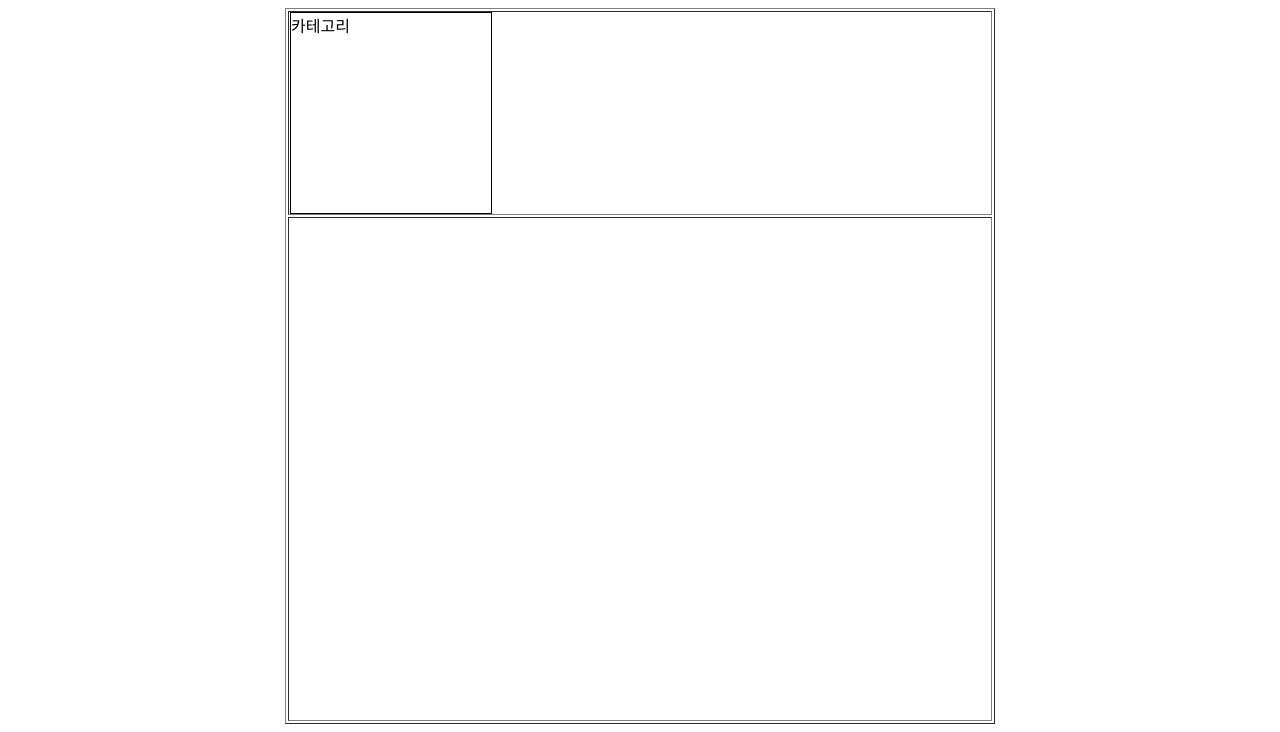
Repository: HmDol/Spring_study
Page: http://localhost/project1/Exweb.jsp
An editor plug-in stored every save of this project. The page is shown before and after the next save, followed by the edit.
The browser window is 1280 px wide. The pictures show the whole page.
The page is served by Tomcat 10. Other server files are loaded and not shown.

Above is the page before, as saved 2023-09-06 06:02:43.

### project1/src/main/webapp/Exweb.jsp
<%@ page language="java" contentType="text/html; charset=EUC-KR"
    pageEncoding="EUC-KR"%>
<!DOCTYPE html>
<html>
<head>
<meta charset="EUC-KR">
<title>Insert title here</title>
</head>
<script>
let cate1 = ["의류", "가전", "컴퓨터"];
let cate2 = [["여성복", "남성복", "아동복"], ["TV","세탁기","냉장고"], ["데스크탑", "노트북", "주변기기"]];
let cate3 = [[["원피스","투피스"], ["셔츠","바지","남방"],["내복", "우주복"]],
	[["LG TV","삼성TV","중소TV"],["LG세탁기","삼성세탁기","중소 세탁기"],["LG냉장고","삼성냉장고","중소냉장고"]],
	[["LG데스크탑","삼성데스크탑","중소 데스크탑"],["LG노트북","삼성노트북","중소노트북"],["프린터","스피커","마이크"]]];

const a = () => {
	let txt = "<div id='cate1' style='position:absolute; top:140px;left:10px;'><table border='1'>"
	for(let s of cate1){
		txt += "<tr><td style='width:100px; height:40px'>" + s + "</td></tr>";

	}
	txt +="</table></dir>";
	let e1 = document.getElementsByTagName("body")[0];
	e1.innerHTML += txt
}
</script>
<body>
<center>
<table border ="1">
<tr>
<td style ="width : 700px; height:200px">
<div id="cate" style="width:200px; height: 100% ;border:1px solid black" onmouseover="a()">카테고리</div>
</td>
</tr>

<tr>
<td style ="width : 700px; height:500px">
<div id = "content">

</div>
</td>
</tr>
</table>
</center>
</body>
</html>

After the next save:
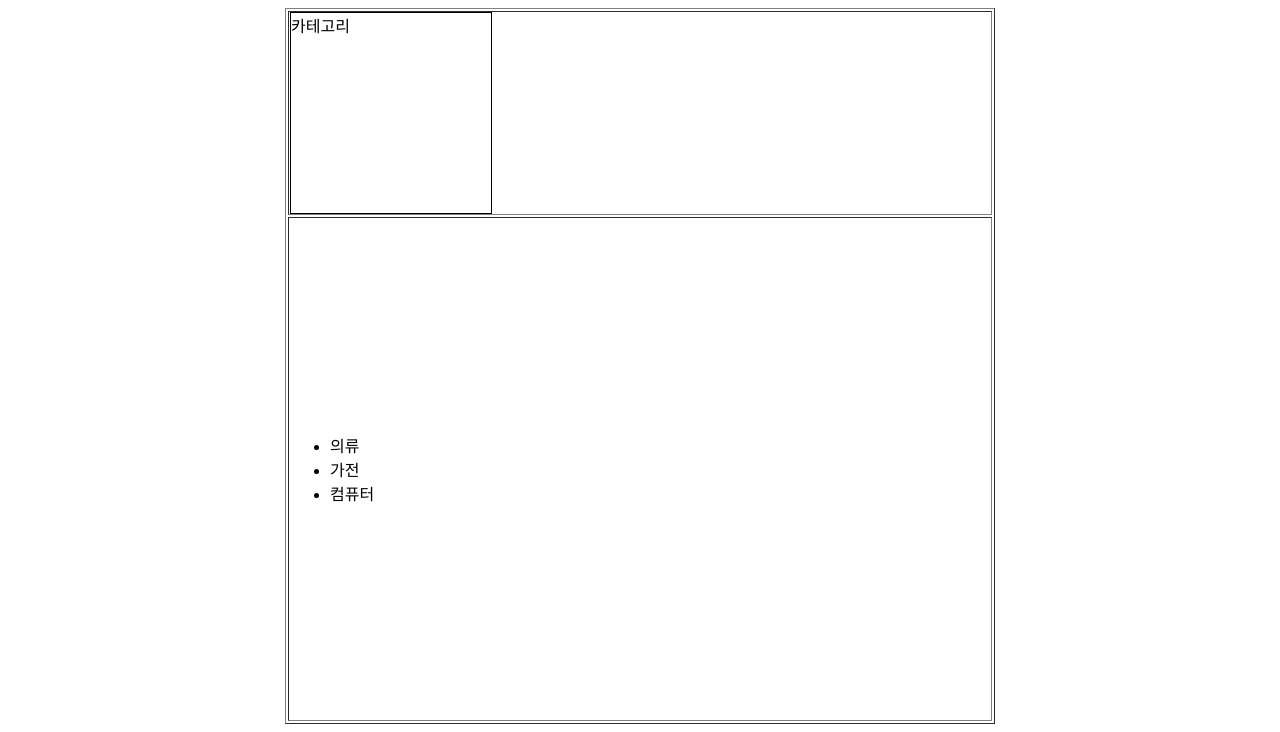
Saved 3 min 47 s later.
--- a/project1/src/main/webapp/Exweb.jsp
+++ b/project1/src/main/webapp/Exweb.jsp
@@ -23,6 +23,10 @@
 	let e1 = document.getElementsByTagName("body")[0];
 	e1.innerHTML += txt
 }
+
+const b = () => {
+
+}
 </script>
 <body>
 <center>
@@ -35,8 +39,13 @@
 
 <tr>
 <td style ="width : 700px; height:500px">
-<div id = "content">
+<div id = "content1">
+	<ul>
+		<li>의류</li>
+		<li>가전</li>
+		<li>컴퓨터</li>
 
+	</ul>
 </div>
 </td>
 </tr>

After the save that followed:
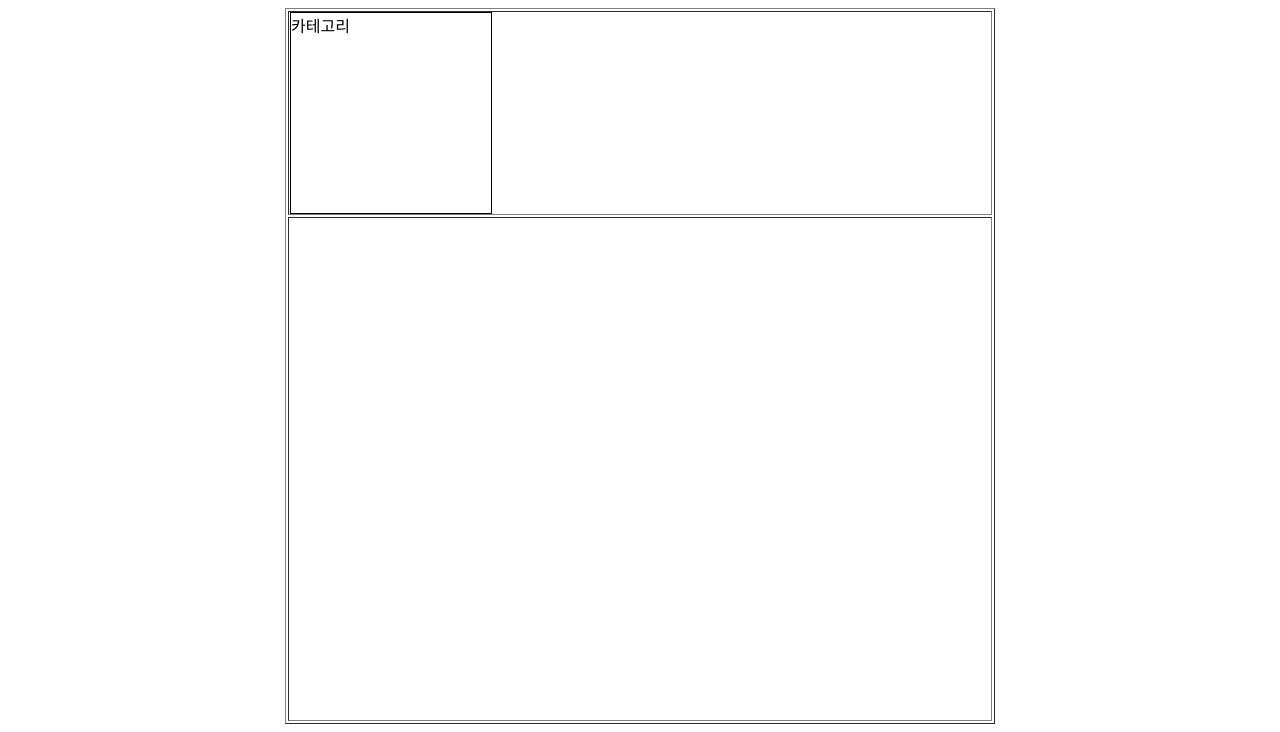
Saved 116 s later.
--- a/project1/src/main/webapp/Exweb.jsp
+++ b/project1/src/main/webapp/Exweb.jsp
@@ -14,14 +14,7 @@
 	[["LG데스크탑","삼성데스크탑","중소 데스크탑"],["LG노트북","삼성노트북","중소노트북"],["프린터","스피커","마이크"]]];
 
 const a = () => {
-	let txt = "<div id='cate1' style='position:absolute; top:140px;left:10px;'><table border='1'>"
-	for(let s of cate1){
-		txt += "<tr><td style='width:100px; height:40px'>" + s + "</td></tr>";
-
-	}
-	txt +="</table></dir>";
-	let e1 = document.getElementsByTagName("body")[0];
-	e1.innerHTML += txt
+	document.getElementById("content").style.display = "block"
 }
 
 const b = () => {
@@ -39,7 +32,7 @@
 
 <tr>
 <td style ="width : 700px; height:500px">
-<div id = "content1">
+<div id = "content1" style ="display : none">
 	<ul>
 		<li>의류</li>
 		<li>가전</li>
